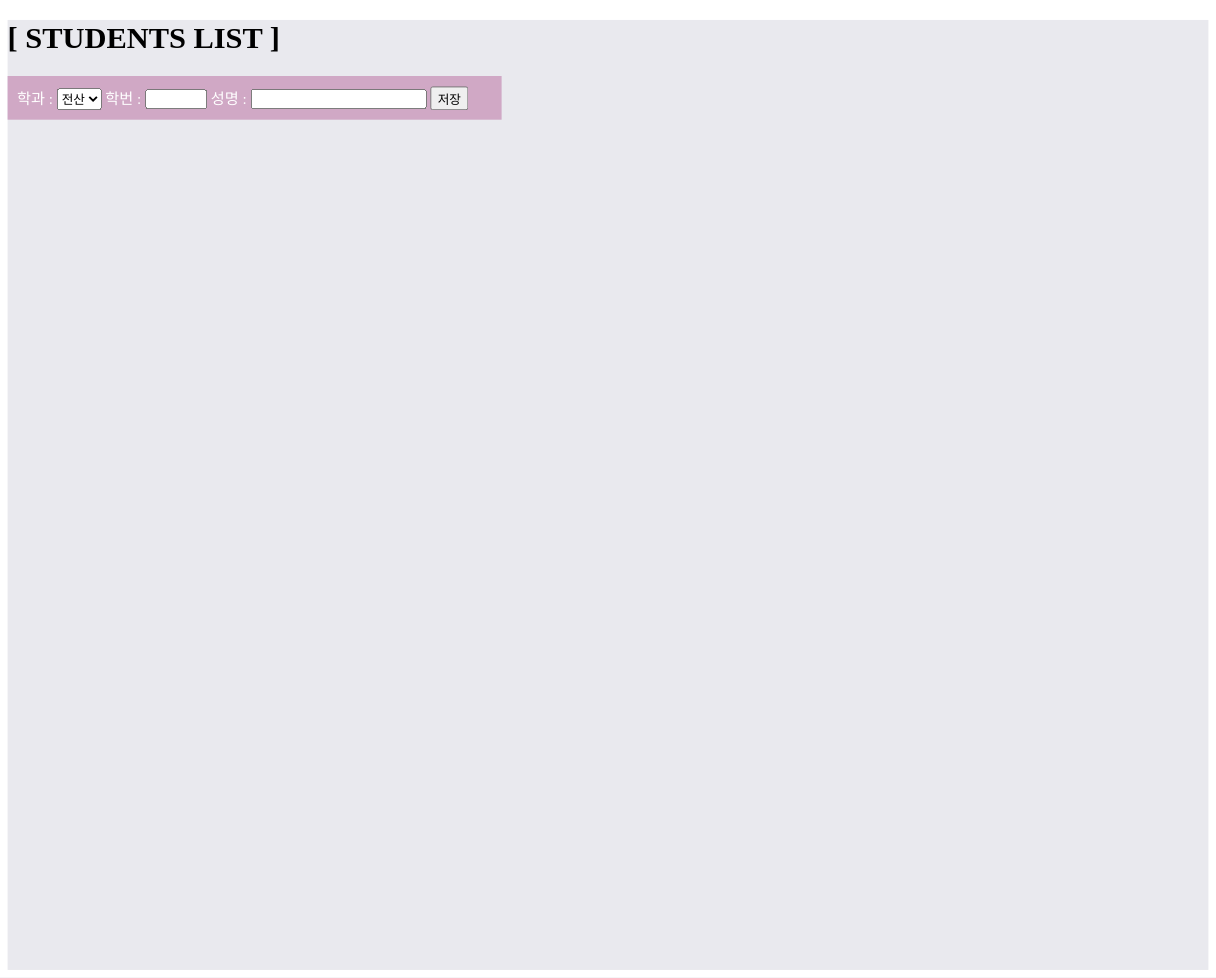
Repository: eeul07/html
Page: ex0508/WebContent/WEB-INF/students/slist.html
The author's editor kept a copy of each file at every save. The page is drawn from the files as they stood at one save, then again after the next save.
The browser window is 1280 px wide. The pictures show the whole page, at 95% of full size.
Some web libraries are served in a nearby version.

Above is the page before, as saved 2020-05-08 01:05:52.

### ex0508/WebContent/WEB-INF/students/slist.html
<!DOCTYPE html>
<html>
<head>
	<meta charset="UTF-8">
	<title>학생관리</title>
	<script src="http://code.jquery.com/jquery-1.9.1.js"></script>
	<script src="https://cdnjs.cloudflare.com/ajax/libs/handlebars.js/3.0.1/handlebars.js"></script>
	<style>
		#page{background:#E9E9EE; height:1000px;}
		select{height:23px;}
		#students{background:#D0A8C5; color:white; width:500px; padding:10px; margin-bottom:20px;}
		#tbl{margin:10px; width:450px;}
	</style>
</head>
<body>
	<div id="page">
		<h1>[ STUDENTS LIST ]</h1>
		<div id="students">
			학과 : <select id="dept">
				<option>전산</option>
				<option>전자</option>
				<option>건축</option>
				</select>
			학번 : <input type="text" id="scode" maxlength=8 size=5>
			성명 : <input type="text" id="sname">
			<input type="button" id="btnSave" value="저장">
		</div>
		<table id="tbl" border=1 width=500></table>
		<script id="temp" type="text/x-handlebars-template">
			{{#each array}}
				<tr class=row>
					<td><input type="checkbox" class="chk"></td>
					<td class=scode>{{scode}}</td>
					<td>{{sname}}</td>
					<td>{{dept}}</td>
					<td><button>삭제</button></td>
				</tr>
			{{/each}}
		</script>
	</div>
</body>
<script>
	$("#tbl").hide();
	var scode;
	var sname;
	var dept;

	$("#btnSave").on("click", function(){
		if(!confirm("학생을 등록하시겠습니까?")) return;
		scode=$("#scode").val();
		sname=$("#sname").val();
		dept=$("#dept").val();

		$.ajax({
			type:"post",
			url:"sinsert.jsp",
			data:{"scode":scode, "sname":sname, "dept":dept},
			dataType:"json",
			success:function(data){
				if(data.cnt==1){
					alert("이미 존재하는 학생입니다.")
				}
				var temp=Handlebars.compile($("#temp").html());
				$("#tbl").html(temp(data));
			}
		});
		$("#tbl").show();
	});
</script>
</html>

After the next save:
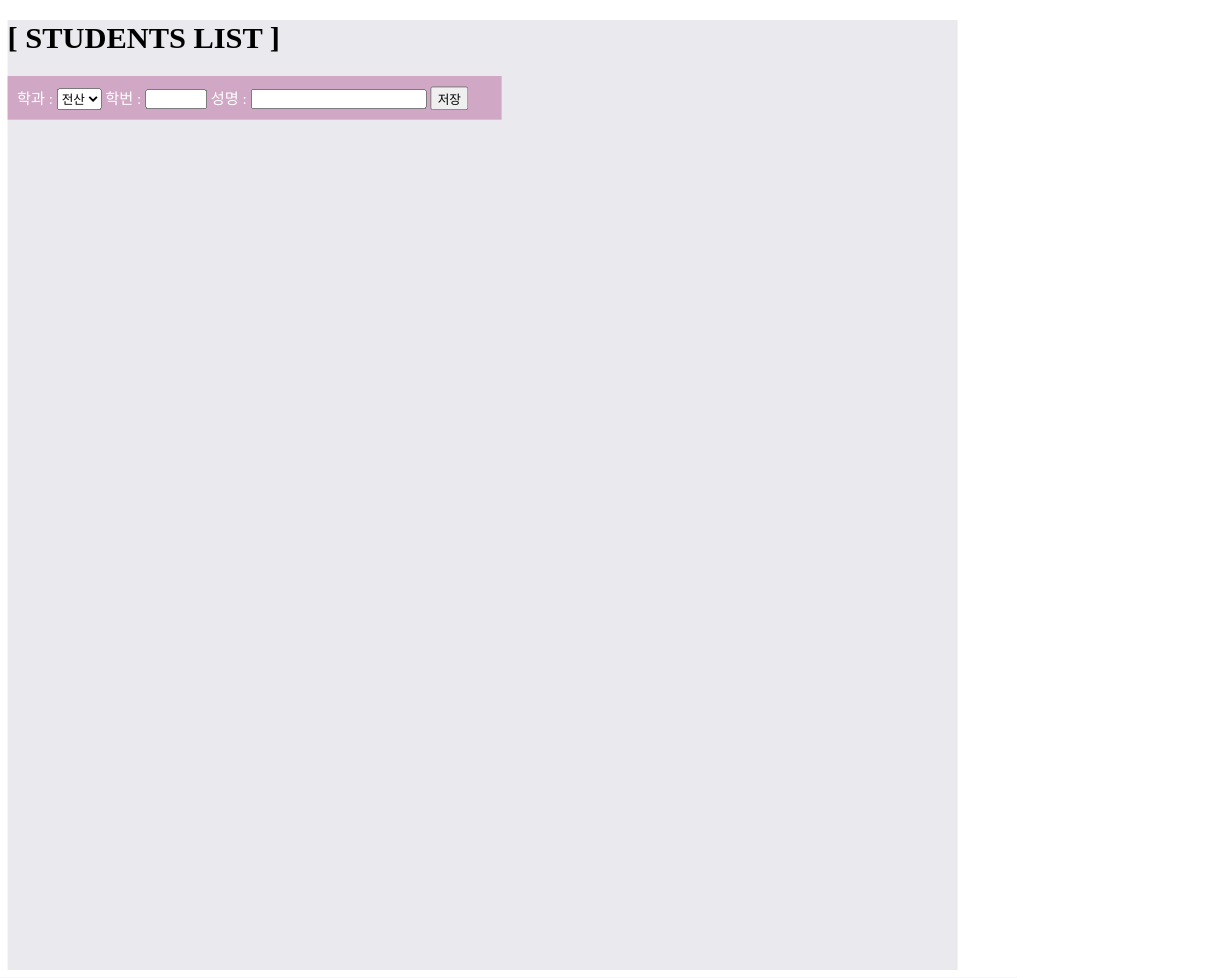
Saved 15 s later.
--- a/ex0508/WebContent/WEB-INF/students/slist.html
+++ b/ex0508/WebContent/WEB-INF/students/slist.html
@@ -6,7 +6,7 @@
 	<script src="http://code.jquery.com/jquery-1.9.1.js"></script>
 	<script src="https://cdnjs.cloudflare.com/ajax/libs/handlebars.js/3.0.1/handlebars.js"></script>
 	<style>
-		#page{background:#E9E9EE; height:1000px;}
+		#page{background:#E9E9EE; width:1000px; height:1000px;}
 		select{height:23px;}
 		#students{background:#D0A8C5; color:white; width:500px; padding:10px; margin-bottom:20px;}
 		#tbl{margin:10px; width:450px;}
